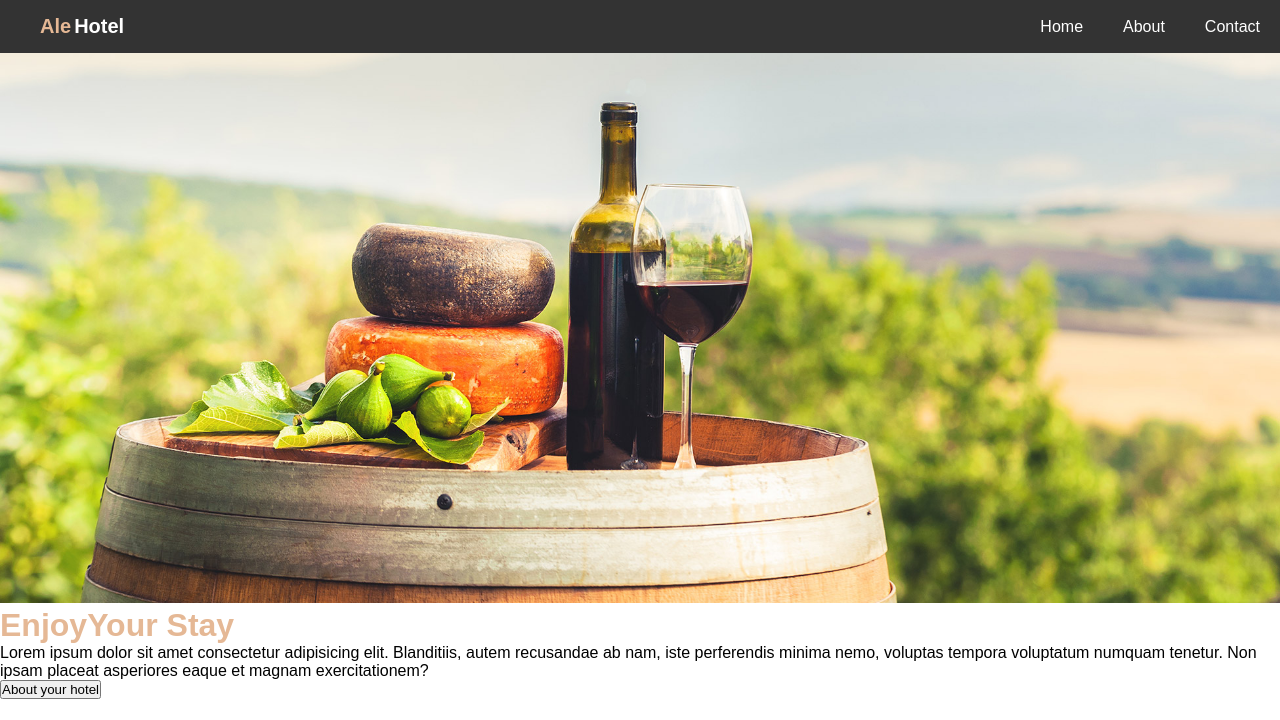
Repository: Ngoc28/HTML-CSS
Page: aleHoltel/index.html
An editor plug-in stored every save of this project. The page is shown before and after the next save, followed by the edit.
The browser window is 1280 px wide. The pictures show the whole page.

Above is the page before, as saved 2023-08-05 23:28:51.

### aleHoltel/index.html
<!DOCTYPE html>
<html lang="en">
<head>
    <meta charset="UTF-8">
    <meta name="viewport" content="width=device-width, initial-scale=1.0">
    <title>Ale Hotel</title>
    <link rel="stylesheet" href="./style.css">
</head>
<body>
    <header>
        <div class="header-logo">
            <h1 class="heading">Ale<span>Hotel</span></h1>
        </div>
        <nav class="header-nav">
            <ul class="nav-link">
                <li class="nav-item"><a href="">Home</a></li>
                <li class="nav-item"><a href="">About</a></li>
                <li class="nav-item"><a href="">Contact</a></li>
            </ul>
        </nav>
    </header>
    <main>
        <div class="container">
            <div class="about">
                <div class="about-img">
                    <img src="./img/banner1.jpg" alt="About us" height="550px" width="100%">
                </div>
                <div class="about-introduce">
                    <h1 class="about-heading">Enjoy<span>Your Stay</span></h1>
                    <p class="about-text">
                        Lorem ipsum dolor sit amet consectetur adipisicing elit. Blanditiis, autem recusandae ab nam, iste perferendis minima nemo, voluptas tempora voluptatum numquam tenetur. Non ipsam placeat asperiores eaque et magnam exercitationem?
                    </p>
                    <button class="about-btn">About your hotel</button>
                </div>
            </div>
        </div>
    </main>
</body>
</html>

### aleHoltel/style.css
*{
    margin: 0;
    padding: 0;
    box-sizing: border-box;
}

body {
    font-family:Arial, Helvetica, sans-serif;
}

header {
    display: flex;
    justify-content: space-between;
    align-items: center;
    background-color: #333333;
}

.header-logo {

}

.header-logo > .heading {
    padding: 15px 40px;
    font-size: 20px;
    color: #e5b895;
}

.heading span {
    color: #fff;
    padding-left: 3px;
}

.header-nav {
    display: block;
}

.nav-link {
    display: flex;
}

.nav-item {
    display: block;
}

.nav-item a {
    padding: 15px 20px;
    color: #fff;
    text-decoration: none;
    display: block;
}

.nav-item a:hover {
    background: #bd0a0a;
}

/* Container */
.container {

}

.about {

}

.about-img img {
    position: relative;
    object-fit: cover;
    box-shadow: 0 rgba(0, 0, 0, .8);
}

.about-img img::after {
    position: fixed;
    top: 0;
    left: 0;
    width: 100%;
    height: 100%;
    color: rgba(0, 0, 0, .8);
}

.about-introduce {

}

.about-heading {
    color: #e5b895;
}

.about-heading span {

}

After the next save:
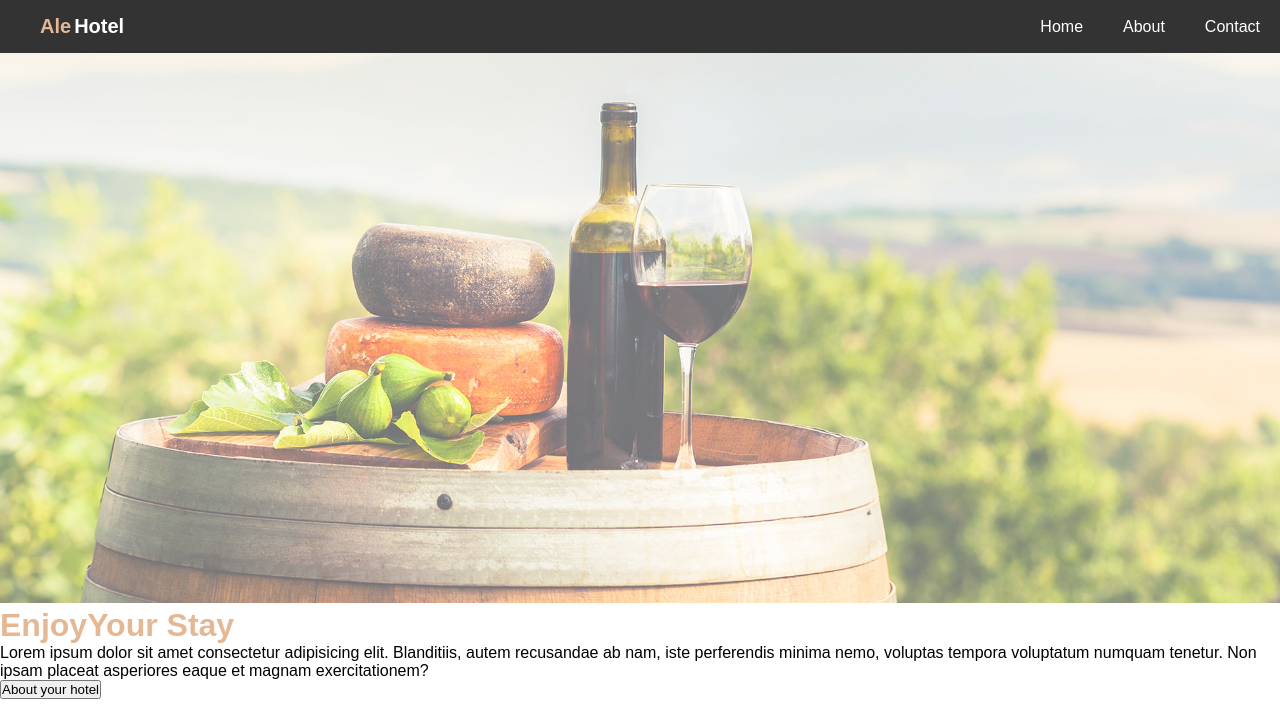
Saved 37 s later.
--- a/aleHoltel/style.css
+++ b/aleHoltel/style.css
@@ -65,17 +65,9 @@ header {
 .about-img img {
     position: relative;
     object-fit: cover;
-    box-shadow: 0 rgba(0, 0, 0, .8);
+    opacity: .6;
 }
 
-.about-img img::after {
-    position: fixed;
-    top: 0;
-    left: 0;
-    width: 100%;
-    height: 100%;
-    color: rgba(0, 0, 0, .8);
-}
 
 .about-introduce {
 
